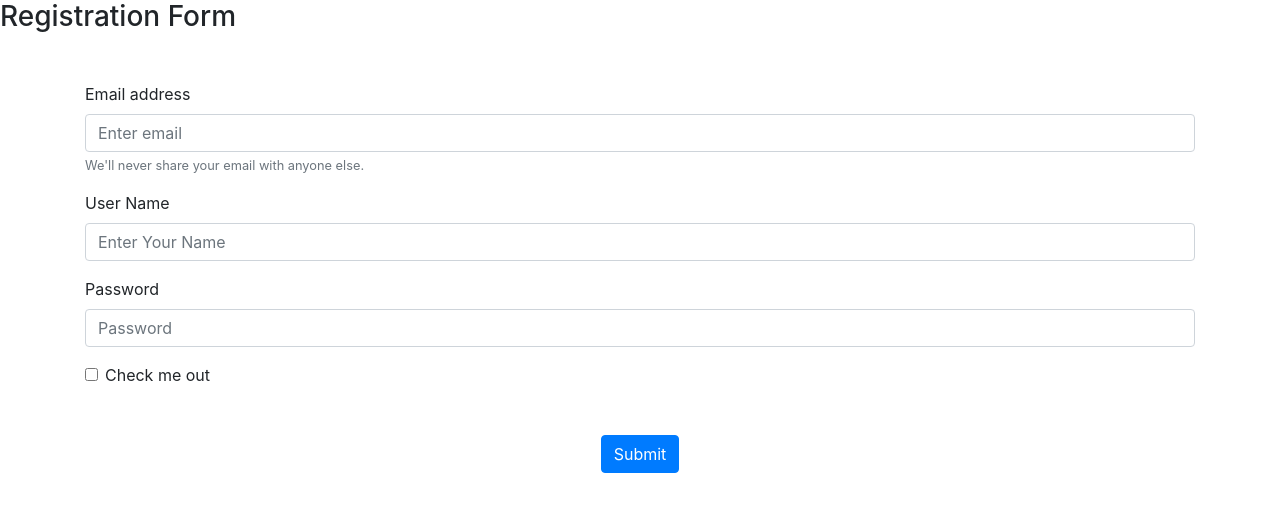
Repository: wanderwisecoder/spring_framework_learnings
Page: http://localhost/SpringMVC/contact
These files come from the project's save history. The page is drawn as it stood at one moment and after the next save; the edit follows.
The browser window is 1280 px wide. The pictures show the whole page.
Some web libraries are served in a nearby version. The page is served by Tomcat 9. Other server files are loaded and not shown.

Above is the page before, as saved 2023-12-19 08:53:46.

### SpringMVC/src/main/webapp/WEB-INF/spring-servlet.xml
<?xml version="1.0" encoding="UTF-8"?>
<beans xmlns="http://www.springframework.org/schema/beans"
	xmlns:xsi="http://www.w3.org/2001/XMLSchema-instance"
	xmlns:context="http://www.springframework.org/schema/context"
	xmlns:p="http://www.springframework.org/schema/p"
	xsi:schemaLocation="http://www.springframework.org/schema/beans
  https://www.springframework.org/schema/beans/spring-beans.xsd
  http://www.springframework.org/schema/context
  http://www.springframework.org/schema/context/spring-context.xsd">

<context:component-scan base-package="springmvc.controller"/>

	<bean
		class="org.springframework.web.servlet.view.InternalResourceViewResolver"
		name="viewResolver">

		<property name="prefix" value="/WEB-INF/views/"></property>

		<property name="suffix" value=".jsp"></property>
	</bean>


	<!-- more bean definitions go here -->
</beans>

### SpringMVC/src/main/webapp/WEB-INF/views/contact.jsp
<!doctype html>
<html lang="en">
<head>
<!-- Required meta tags -->
<meta charset="utf-8">
<meta name="viewport"
	content="width=device-width, initial-scale=1, shrink-to-fit=no">

<!-- Bootstrap CSS -->
<link rel="stylesheet"
	href="https://cdn.jsdelivr.net/npm/bootstrap@4.0.0/dist/css/bootstrap.min.css"
	integrity="sha384-Gn5384xqQ1aoWXA+058RXPxPg6fy4IWvTNh0E263XmFcJlSAwiGgFAW/dAiS6JXm"
	crossorigin="anonymous">

<title>Hello, world!</title>
</head>
<body>
<h3 class="text-">Registration Form</h3>
	<div class="container  mt-5">
		<form>
			<div class="form-group">
				<label for="exampleInputEmail1">Email address</label> <input
					type="email" class="form-control" id="exampleInputEmail1"
					aria-describedby="emailHelp" placeholder="Enter email"> <small
					id="emailHelp" class="form-text text-muted">We'll never
					share your email with anyone else.</small>
			</div>
			<div class="form-group">
				<label for="userName">User Name</label> <input type="text"
					class="form-control" id="userName" aria-describedby="emailHelp"
					placeholder="Enter Your Name">
			</div>
			<div class="form-group">
				<label for="exampleInputPassword1">Password</label> <input
					type="password" class="form-control" id="exampleInputPassword1"
					placeholder="Password">
			</div>
			<div class="form-check">
				<input type="checkbox" class="form-check-input" id="exampleCheck1">
				<label class="form-check-label" for="exampleCheck1">Check me
					out</label>
			</div>
			<div class="container mt-5 text-center">
				<button type="submit" class="btn btn-primary">Submit</button>
			</div>
		</form>
	</div>

	<!-- Optional JavaScript -->
	<!-- jQuery first, then Popper.js, then Bootstrap JS -->
	<script src="https://code.jquery.com/jquery-3.2.1.slim.min.js"
		integrity="sha384-KJ3o2DKtIkvYIK3UENzmM7KCkRr/rE9/Qpg6aAZGJwFDMVNA/GpGFF93hXpG5KkN"
		crossorigin="anonymous"></script>
	<script
		src="https://cdn.jsdelivr.net/npm/popper.js@1.12.9/dist/umd/popper.min.js"
		integrity="sha384-ApNbgh9B+Y1QKtv3Rn7W3mgPxhU9K/ScQsAP7hUibX39j7fakFPskvXusvfa0b4Q"
		crossorigin="anonymous"></script>
	<script
		src="https://cdn.jsdelivr.net/npm/bootstrap@4.0.0/dist/js/bootstrap.min.js"
		integrity="sha384-JZR6Spejh4U02d8jOt6vLEHfe/JQGiRRSQQxSfFWpi1MquVdAyjUar5+76PVCmYl"
		crossorigin="anonymous"></script>
</body>
</html>

### SpringMVC/src/main/java/springmvc/controller/ContactController.java
package springmvc.controller;

import org.springframework.stereotype.Controller;
import org.springframework.web.bind.annotation.RequestMapping;

@Controller
public class ContactController {
	@RequestMapping("/contact")
	public String showForm() {

		return "contact";

	}
}

### SpringMVC/src/main/java/springmvc/controller/HomeController.java
package springmvc.controller;

import java.time.LocalDateTime;
import java.util.ArrayList;
import java.util.List;

import org.springframework.stereotype.Controller;
import org.springframework.ui.Model;
import org.springframework.web.bind.annotation.RequestMapping;
import org.springframework.web.servlet.ModelAndView;

@Controller
public class HomeController {

	@RequestMapping("/home")
	public String home(Model model) {
		model.addAttribute("age", 54);
		System.out.println("This is home controller/url.!");
		model.addAttribute("name", "Roshan");

		model.addAttribute("id", 1234);
		return "index";
	}

	@RequestMapping("/about")
	public String about() {
		System.out.println("This is about controller/url.!");
		return "about";
	}


	//services
	//help
	@RequestMapping("/help")
	public ModelAndView help() {
		System.out.println("This is help controller/url.!");

		//creating ModelAndView object
		ModelAndView modelAndView =  new ModelAndView();

		//setting the data
		modelAndView.addObject("name","Uttam");
		modelAndView.addObject("rollNumber",11222);

		LocalDateTime now = LocalDateTime.now();
		modelAndView.addObject("time", now);

		//List Object
		List<Integer> list = new ArrayList<Integer>();
		list.add(34);
		list.add(87);
		list.add(92);
		list.add(67);
		list.add(45);

		modelAndView.addObject("marks",list);

		//setting the view name
		modelAndView.setViewName("help");


		return modelAndView;
	}

}

After the next save:
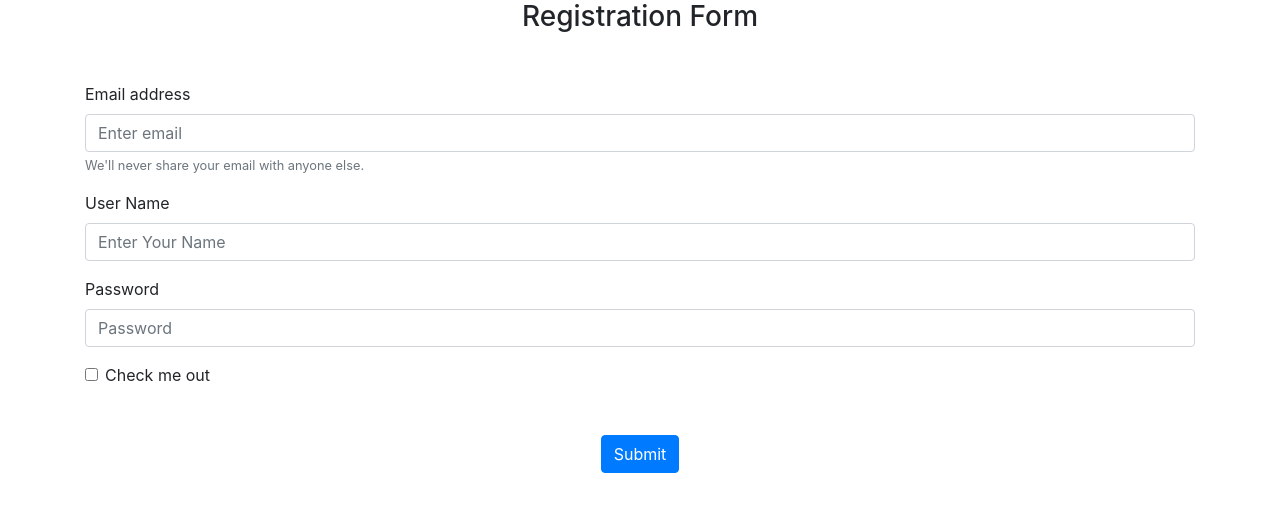
Saved 4 s later.
--- a/SpringMVC/src/main/webapp/WEB-INF/views/contact.jsp
+++ b/SpringMVC/src/main/webapp/WEB-INF/views/contact.jsp
@@ -15,7 +15,7 @@
 <title>Hello, world!</title>
 </head>
 <body>
-<h3 class="text-">Registration Form</h3>
+<h3 class="text-center">Registration Form</h3>
 	<div class="container  mt-5">
 		<form>
 			<div class="form-group">
